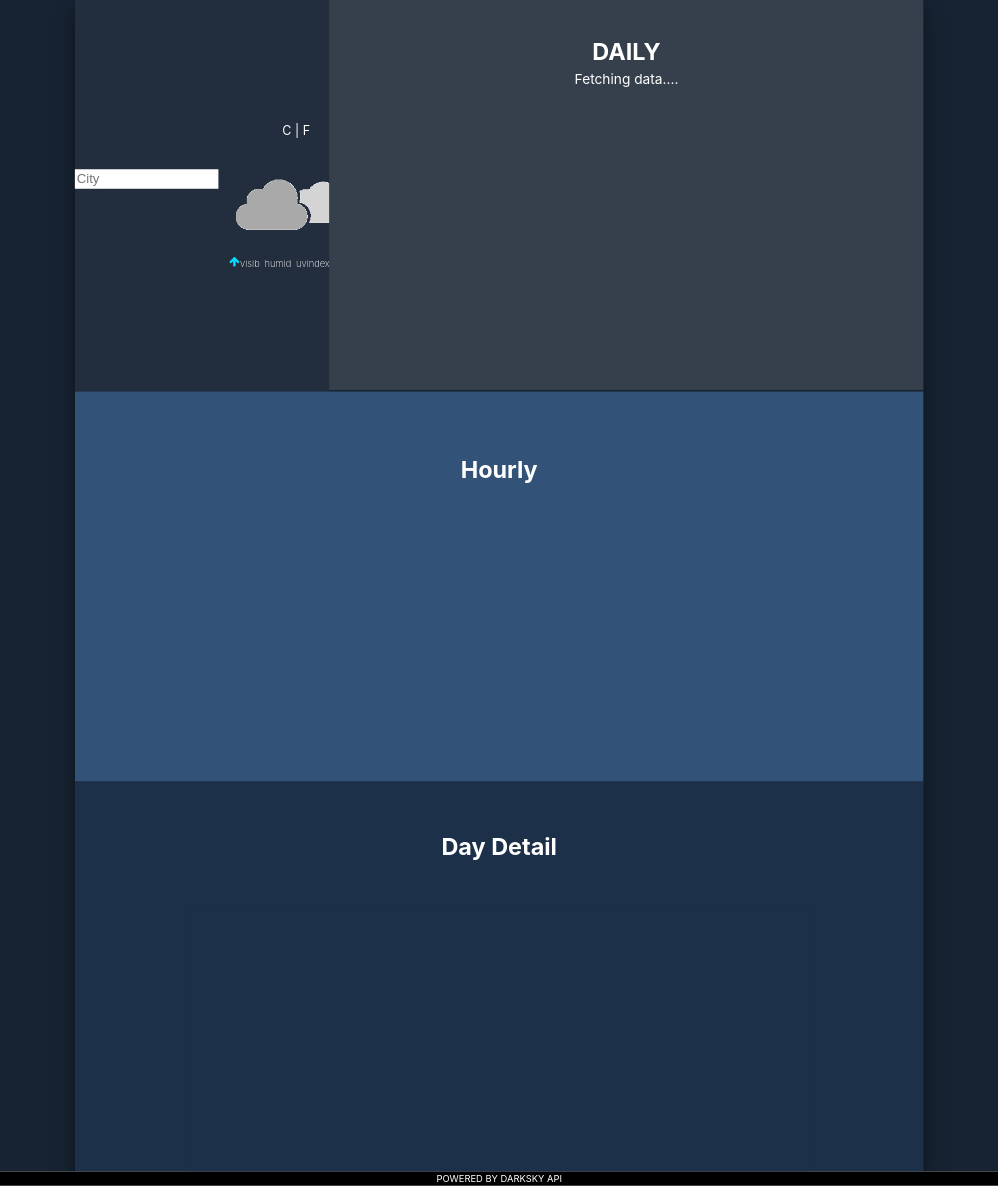
Repository: DOODpls/assignment3_weather
Page: index.html
An editor plug-in stored every save of this project. The page is shown before and after the next save, followed by the edit.
The browser window is 1280 px wide. The pictures show the whole page, at 78% of full size.
Some web fonts or font styles are not loaded; a fallback is used. Some web libraries are served in a nearby version.

Above is the page before, as saved 2020-01-07 19:30:42.

### index.html
<!DOCTYPE html>
<html lang="en">
    <head>
        <meta charset="UTF-8" />
        <meta name="viewport" content="width=device-width, initial-scale=1.0" />
        <meta http-equiv="X-UA-Compatible" content="ie=edge" />
        <script src="https://ajax.googleapis.com/ajax/libs/jquery/1/jquery.min.js" type="text/javascript"></script>
        <script src="https://ajax.googleapis.com/ajax/libs/jqueryui/1.10.3/jquery-ui.min.js"></script>
        <script src="https://cdnjs.cloudflare.com/ajax/libs/font-awesome/5.11.2/js/all.js"></script>
        <title>The Weathering</title>
        <link rel="shortcut icon" href="./icons/favicon.ico" />
        <link
            rel="stylesheet"
            href="https://cdnjs.cloudflare.com/ajax/libs/bulma/0.7.5/css/bulma.min.css"
            integrity="sha256-vK3UTo/8wHbaUn+dTQD0X6dzidqc5l7gczvH+Bnowwk="
            crossorigin="anonymous"
        />
        <link
            rel="stylesheet"
            href="https://cdnjs.cloudflare.com/ajax/libs/open-iconic/1.1.1/font/css/open-iconic.min.css"
            integrity="sha256-CfN2r6i/dqkUHVRqpBzO3w21SnIWalwGfj5ScBPVzmI="
            crossorigin="anonymous"
        />
        <link rel="stylesheet" href="styles.css" />
    </head>
    <body>
        <div class="page">
            <div class="main-container">
                <div class="today-container">
                  <i class="fas fa-search search-button"></i>
                  <form action="" method="post" name="form_citydetails" id="form_citydetails" enctype="multipart/form-data" onsubmit="return false;">
                    <input class="ff_elem city-text" type="text" name="ff_nm_from[]" value="" id="f_elem_city" placeholder="Type City" onkeydown="search(this)"/>
                    </form>
                    <div class="today-stage">
                      <div class="unitswitcher">
                        <div class="celcius" id='cell'>C</div>
                        <br>
                        <p>&nbsp;|&nbsp;</p>
                        <div class="farenheight" id="farr">F</div>
                      </div>
                        <div class="info-holder">
                          <div class="preload"></div>
                          <canvas id="icon0" width="150" height="150"></canvas>
                          <p class="city"></p>
                          <p class="today-temp"></p>
                          <p class="today-description"></p>
                          <p class="today-minmax"></p>
                          <div class="sub-info">
                          <p class="app-temp"></p>
                          <div class="wind-holder">
                            <p class="wind-speed"></p>
                            <div class="wind-direction"></div>
                          </div>
                          <p class="visibility">visib</p>
                          <p class="humidity">humid</p>
                          <p class="uvindex">uvindex</p>
                          <p class="pressure">pressure</p>
                          </div>
                        </div>
                    </div>
                </div>

                <div class="week-container">
                  <p class="daily-title">DAILY</p>
                  <p class="week-summary">Fetching data....</p>
                  <div class="week-stage" id="week-stages">
                  </div>
                </div>
                <div class="hourly-container">
                  <p class="daily-title">Hourly</p>
                  <div class="hourly-row"></div>
                </div>
                <div class="day-details">
                  <div class="titlebar">
                    <p class="daily-title">Day Detail</p>
                    <p class="day-summ"></p>
                  </div>
                  <div class="summary-flex">
                  <div class="melovesomeclouds">
                    <p class="habanero"></p> <!-- have to name it like this bc for some readon uvindex(whatever) wont work  -->
                    <p class="cloud-cover"></p>
                  </div>

                  <div class="sunny">
                    <p class="sunrise"></p>
                    <p class="sunset"></p>
                  </div>

                  <div class="airwater">
                    <p class="humidity2"></p>
                    <p class="dew-point"></p>
                  </div>

                  <div class="wind">
                    <p class="ave-windspeed"></p>
                    <p class="ave-windgust"></p>
                  </div>
                </div>
                </div>
            </div>
        </div>
        <footer class="foooterrr">
          <a href="https://darksky.net/dev">POWERED BY DARKSKY API</a>
        </footer>
        <script src="./skycons.js"></script>
        <script src="./app.js"></script>
    </body>
</html>

### styles.css

.page {
  display: flex;
  color: white;
  justify-content: center;
  flex-wrap: wrap;
  background-color: #172332;
  width: 100%;
  height: 100%;
  overflow: hidden;
}
.main-container {
  height: 100%;
  width: 85vw;
  overflow-y: hidden;
  box-sizing: content-box;
  display: flex;
  justify-content: flex-start;
  flex-wrap: wrap;
  box-shadow: 0 14px 28px rgba(0, 0, 0, 0.25), 0 10px 10px rgba(0, 0, 0, 0.22);
}
.today-container {
  flex: 30%;
  display: flex;
  height: 502px;
  background: #222e3e;
  justify-content: center;
  align-items: center;
  overflow: hidden;
}
.unitswitcher{
  color: white;
  display: flex;
  justify-content: center;
}
.celcius, .farenheight{
  text-decoration: none;
  color: white;
}
.celcius:hover, .farenheight:hover{
  color: rgb(161, 161, 161);
}
.ui-helper-hidden-accessible{
  visibility: hidden;
  position: absolute;
}


.ui-autocomplete {
  position: absolute;
  top: 100%;
  left: 0;
  z-index: 1000;
  float: left;
  display: none;
  min-width: 160px;
  padding: 4px 0;
  margin: 0 0 10px 25px;
  list-style: none;
  background-color: #36404d;
  border-color: #ccc;
  border-color: rgba(0, 0, 0, 0.2);
  border-style: solid;
  border-width: 1px;
  -webkit-border-radius: 5px;
  -moz-border-radius: 5px;
  border-radius: 5px;
  -webkit-box-shadow: 0 5px 10px rgba(0, 0, 0, 0.2);
  -moz-box-shadow: 0 5px 10px rgba(0, 0, 0, 0.2);
  box-shadow: 0 5px 10px rgba(0, 0, 0, 0.2);
  -webkit-background-clip: padding-box;
  -moz-background-clip: padding;
  background-clip: padding-box;
  *border-right-width: 2px;
  *border-bottom-width: 2px;
}

.ui-menu-item > a.ui-corner-all {
  display: block;
  padding: 3px 15px;
  clear: both;
  font-weight: normal;
  line-height: 18px;
  color: #ffffff;
  white-space: nowrap;
  text-decoration: none;
}

.ui-state-hover, .ui-state-active {
  color: #ffffff;
  text-decoration: none;
  background-color: #0088cc;
  border-radius: 0px;
  -webkit-border-radius: 0px;
  -moz-border-radius: 0px;
  background-image: none;
}


.preload{
  background-image: url(./preloader.gif);
  height: 170px;
  width: 170px;
  background-size: 170px;
  position: absolute;
  top: 0;
  display: none;
}
.today-stage {
    position: relative;
    /* background: rgba(0, 0, 0, 0.2); */
}
/* #icon1{
  background-image: url(./preloader.gif);
  background-size: 150px;
} */
.today-icon {
    font-size: 140px;
    opacity: 0.17;
}
.city{
  transition-duration: .5s;
}
.today-temp {
    font-weight: 900;
    font-size: 50px;
    transition-duration: .5s;
}

.info-holder{
  display: flex;
  flex-direction: column;
  justify-content: center;
  align-items: center;
  position: relative;
}
.city-text{
  border-radius: 0px;
  width: auto;
  height: 25px;
  font-family: Arial, Helvetica, sans-serif;
  font-size: 17px;
  color: #555;
  border: none;
  box-sizing: border-box;
  position: relative;
  top: -22px;
}
.sub-info{
  display: flex;
  justify-content: space-around;
  flex-direction: row;
  flex-wrap: wrap;
  width: 200px;
  transition-duration: .5s;
}
.app-temp{
    font-weight: 200;
    font-size: 12px;
}
.visibility{
  font-weight: 200;
  font-size: 12px;
}
.humidity{
  font-weight: 200;
  font-size: 12px;
}
.uvindex{
  font-weight: 200;
  font-size: 12px;
}
.pressure{
  font-weight: 200;
  font-size: 12px;
}
.today-minmax {
    font-weight: 400;
    font-size: 18px;
    opacity: 0.4;
    left: 0;
    transition-duration: .5s;
}
.today-description {
    font-weight: 400;
    font-size: 18px;
    transition-duration: .5s;
}
.wind-holder{
  display: flex;
  flex-direction: row;
}
.wind-direction{
    background-image: url('./icons/general_icon/arrow-up.svg');
    height: 13px;
    width: 13px;
    background-size: 13px;
    position: relative;
    left: 5px;
    transition-duration: .5s;
}
.wind-speed{
    font-weight: 200;
    font-size: 12px;
}
.week-container {
    flex: 70%;
  height: 500px;
  width: auto;
  background-color: #36404d;
  display: flex;
  justify-content: center;
  flex-direction: column;
  align-items: center;
}
.week-summary{
  font-size: 1.1em;
  height: auto;
  width: auto;
  margin-left: 20px;
  margin-right: 20px;
  margin-bottom: 20px;
  transition-duration: .5s;
}
.week-stage {
  height: 320px;
  width: auto;
  display: flex;
  justify-content: space-between;

}


/* Track */
.week-day-container {
    height: auto;
    width: 100px;
    margin-left: 20px;
    margin-right: 20px;
    display: flex;
    flex-direction: column;
    justify-content: space-aroud;
    align-items: center;
    position: relative;
    transition-duration: .5s;
}
.week-day-container:hover{
  opacity: .5;
}
@media (max-width:1890px){
  .week-stage {
  width: 80vmin;
  overflow-x: scroll;
  overflow-y: hidden;
  }

}


.week-day-container p {
    font-weight: 400;
    font-size: 12px;
    color: white;
}

.week-day-container span {
    opacity: 0.17;
    font-size: 24px;
    margin: 0;
}
.hourly-container{
  height: 500px;
  width: 100%;
  background-color: #335277;
  display: flex;
  justify-content: center;
  flex-direction: column;
  align-items: center;
}
.hourly-row{
  display: flex;
  flex-direction: row;
  width: 1500px;
  overflow-x: scroll;
  overflow-y: hidden;
  height: 300px;
}

.hourly-cards{
  font-weight: 400;
    font-size: 12px;
    color: white;
    width: 150px;
    display: flex;
    flex-direction: column;
    justify-content: center;
    align-items: center;
    margin-left: 20px;
  margin-right: 20px;
  transition-duration: .5s;
}
.hourly-cards p{
  font-weight: 400;
    font-size: 12px;
    color: white;
}
.loopwind{
  width: auto;
  display: flex;
  flex-direction: row;
  align-items: center;
}
.arrow-rotator{
  background-image: url('./icons/general_icon/arrow-up.svg');
  height: 10px;
  width: 10px;
  background-size: 10px;
  position: relative;
  margin-right: 5px;
  transition-duration: .5s;
}

@media (max-width:1800px){
  .hourly-row{
    width: 80vw;
  }
}

/* width */
::-webkit-scrollbar {
  width: 10px;
  height: 10px;
  border-radius: 20px;
}

/* Track */
::-webkit-scrollbar-track {
  background: #f1f1f1;
  border-radius: 20px;
}

/* Handle */
::-webkit-scrollbar-thumb {
  background: #888;
  border-radius: 20px;
}

/* Handle on hover */
::-webkit-scrollbar-thumb:hover {
  background: #555;
}
.day-details{
  display: flex;
  justify-content: space-around;
  flex-direction: column;
  align-items: center;
  width: 100%;
  height: 500px;
  background-color: #1c3049;
}

.titlebar{
  display: flex;
  flex-direction: column;
  align-items: center;
  justify-content: center;
  align-content: space-between;
  height: 250px;
  margin-left: 10px;
  margin-right: 10px;
  text-align: center;
}
.daily-title{
  font-size: 30px;
  font-weight: bold;
}
.day-summ{
  font-size: 20px;
  position: relative;
  top: 30px;
}
.wind, .airwater, .sunny, .melovesomeclouds{
  font-size: 20px;
  font-weight: bold;
  width: 300px;
  transition-duration: .5s;
  text-align: center;
}
.summary-flex{
  display: flex;
  justify-content: space-around;
  align-items: center;
  flex-wrap: wrap;
  width: 800px;
  height: 500px;
  background-color: #1c3049;
  transition-duration: .5s;
}

@media (max-width: 950px){
  .summary-flex{
    width: 100%;
    margin-right: 5px;
    margin-left: 5px;
  }

}

@media (max-width:705px){
  .wind, .airwater, .sunny, .melovesomeclouds{
    font-size: 20px;
    font-weight: bold;
    display: flex;
    justify-content: center;
    flex-direction: column;
    align-items: center;
    margin-left: 10px;
    margin-right: 10px;
  }

  .main-container {
    width: 100%;
  }
  .week-container{
    flex: none;
    width: 100%;
  }
  .week-stage, .hourly-row{
    width: 90%;
  }
}
@media (max-width:260px){
  .city-text{
    width: 100%;
  }
}
.foooterrr{
  background-color: black;
  color: white;
  font-size: 12px;
  display: flex;
  justify-content: center;
  flex-direction: column;
  align-items: center;
}
a{
  text-decoration: none;
  color: white;
}

Loaded but not shown: skycons.js (726 lines, source omitted); app.js (331 lines, source omitted)

After the next save:
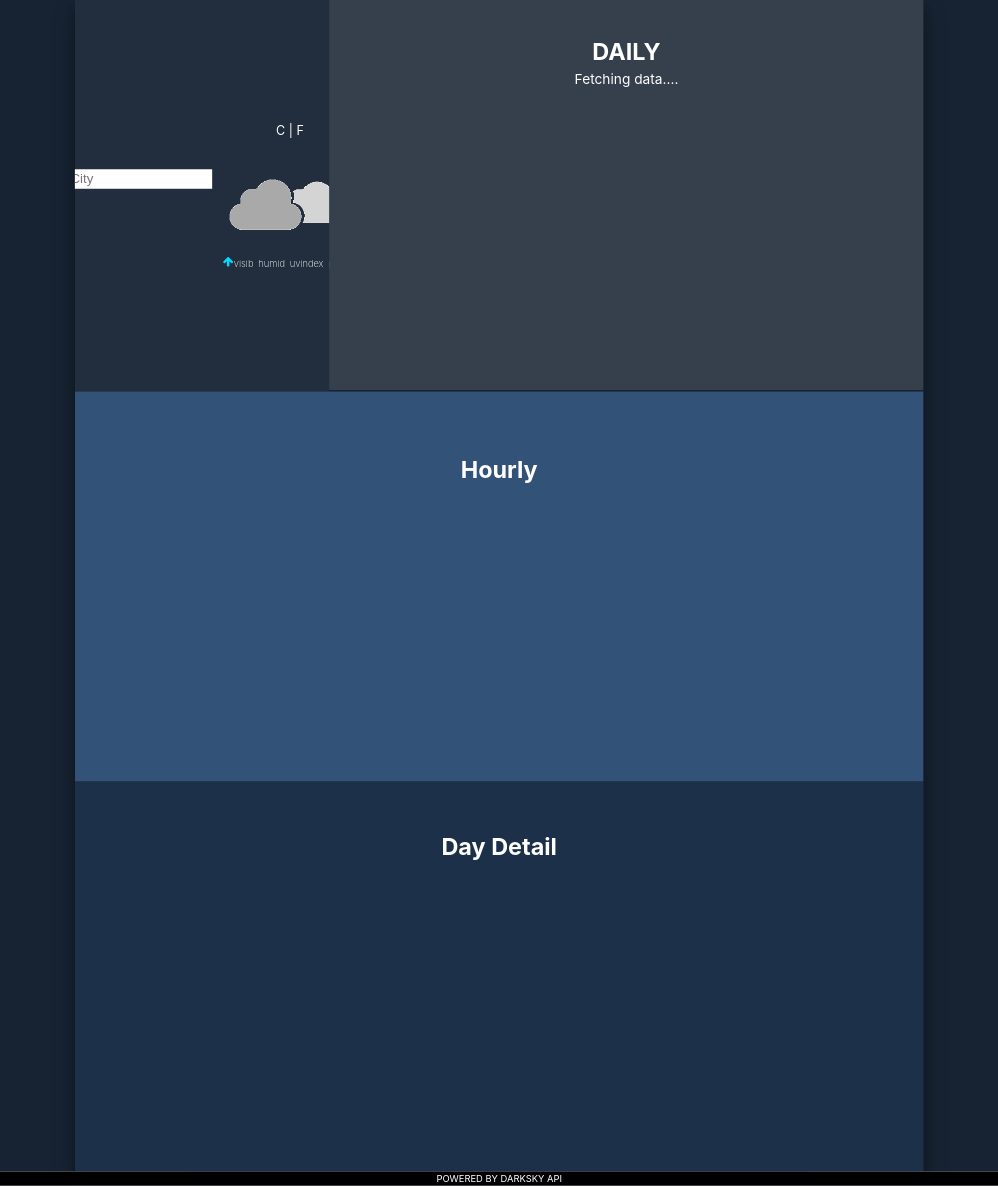
Saved 6 s later.
--- a/index.html
+++ b/index.html
@@ -27,7 +27,6 @@
         <div class="page">
             <div class="main-container">
                 <div class="today-container">
-                  <i class="fas fa-search search-button"></i>
                   <form action="" method="post" name="form_citydetails" id="form_citydetails" enctype="multipart/form-data" onsubmit="return false;">
                     <input class="ff_elem city-text" type="text" name="ff_nm_from[]" value="" id="f_elem_city" placeholder="Type City" onkeydown="search(this)"/>
                     </form>
